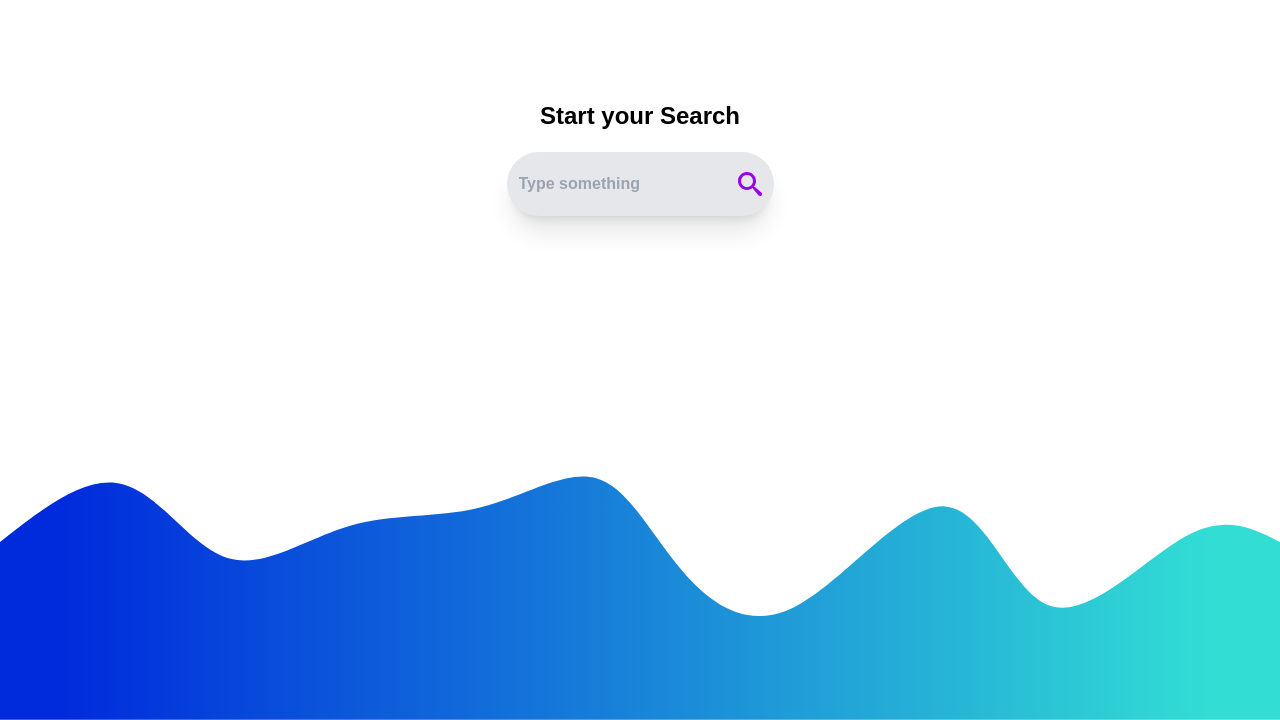
Repository: evergreenx/dictionary-octo
Page: /
An editor plug-in stored every save of this project. The page is shown before and after a run of saves, followed by the edit.
The browser window is 1280 px wide. The pictures show the whole page.
The project was rebuilt for these pictures with package versions that can differ from the ones it lists, and the page was loaded fresh each time. The framework's server and built-in components were replaced by stand-ins that run in the browser. Also part of the build but not shown: next.config.js.

Above is the page before, as saved 2022-04-30 15:09:18.

After the next 6 saves:
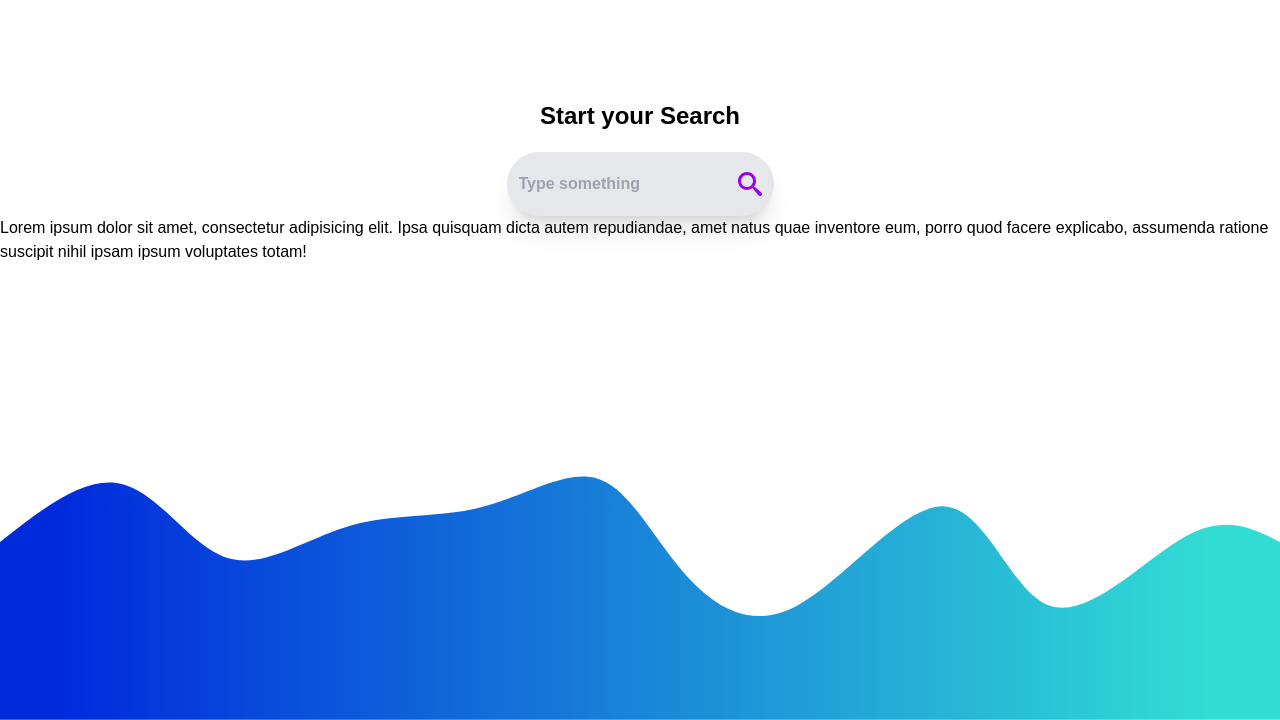
The 6 saves are shown as one change because they came seconds apart.
The last was saved 18 s later.
--- a/pages/index.js
+++ b/pages/index.js
@@ -3,6 +3,7 @@ import Image from "next/image";
 import bgimage from "../public/bg.svg";
 
 import { ImSearch } from "react-icons/im";
+import RandomWord from "../components/RandomWord";
 
 export default function Home() {
   return (
@@ -14,7 +15,7 @@ export default function Home() {
       </Head>
 
       <main className=" flex flex-col justify-center items-center py-20">
-        <ection className="input--container">
+        <section className="input--container">
           <h1 className="text-2xl font-bold text-center py-5">
             Start your Search
           </h1>
@@ -28,12 +29,11 @@ export default function Home() {
 
             <ImSearch className="text-[#9900efff] text-2xl" />
           </div>
-        </ection>
+        </section>
 
-
-
-
-
+        <section>
+          <RandomWord />
+        </section>
       </main>
     </div>
   );
